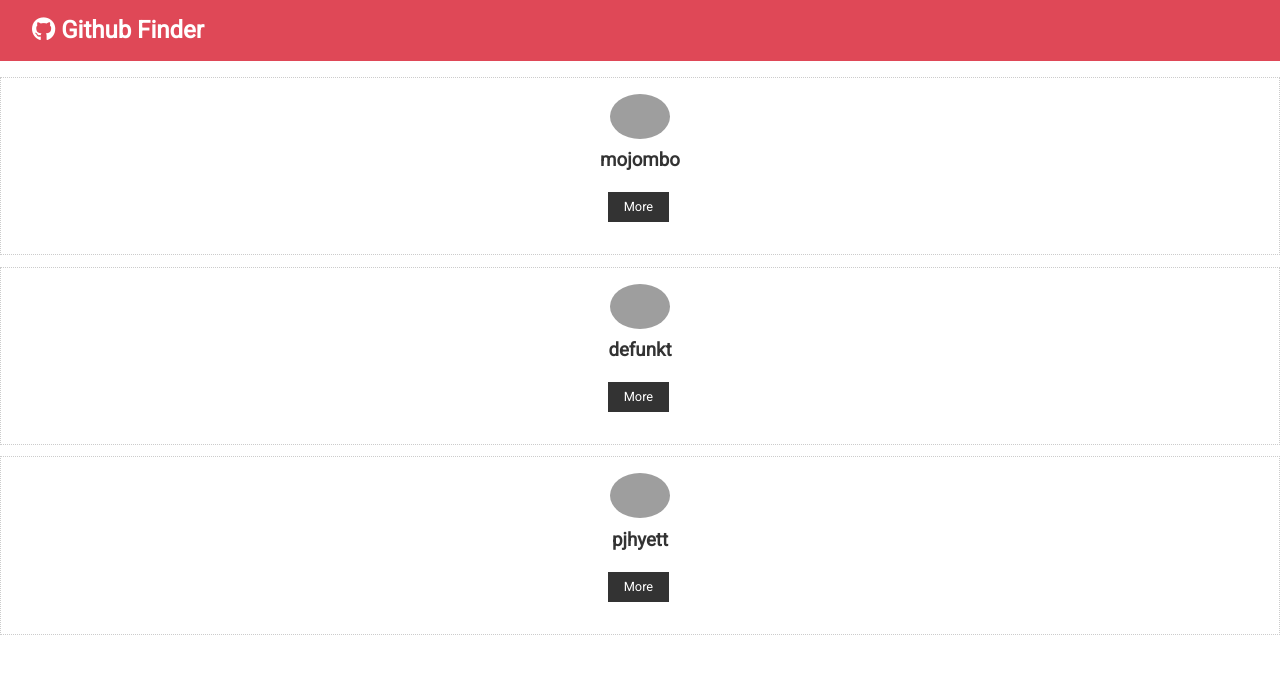
Repository: Redshreds/githubfinder
Page: /
The author's editor kept a copy of each file at every save. The page is drawn from the files as they stood at one save, then again after the next save.
The browser window is 1280 px wide. The pictures show the whole page.
Pictures or frames that could not be fetched are drawn as grey boxes. Some web libraries are served in a nearby version. The project was rebuilt for these pictures with package versions that can differ from the ones it lists, and the page was loaded fresh each time.

Above is the page before, as saved 2023-02-21 17:40:19.

### public/index.html
<!DOCTYPE html>
<html lang="en">
  <head>
    <meta charset="utf-8" />
    <link rel="icon" href="%PUBLIC_URL%/favicon.ico" />
    <meta name="viewport" content="width=device-width, initial-scale=1" />
    <meta name="theme-color" content="#000000" />
    <meta
      name="description"
      content="Web site created using create-react-app"
    />
    <link rel="apple-touch-icon" href="%PUBLIC_URL%/logo192.png" />
    <!--
      manifest.json provides metadata used when your web app is installed on a
      user's mobile device or desktop. See https://developers.google.com/web/fundamentals/web-app-manifest/
    -->
    <link rel="manifest" href="%PUBLIC_URL%/manifest.json" />
    <link rel="stylesheet" href="https://cdnjs.cloudflare.com/ajax/libs/font-awesome/6.3.0/css/all.min.css" integrity="sha512-SzlrxWUlpfuzQ+pcUCosxcglQRNAq/DZjVsC0lE40xsADsfeQoEypE+enwcOiGjk/bSuGGKHEyjSoQ1zVisanQ==" crossorigin="anonymous" referrerpolicy="no-referrer" />

    <!-- // CORS APOCALYPSE DEATHCON 3 \\ -->
    <!--
      Notice the use of %PUBLIC_URL% in the tags above.
      It will be replaced with the URL of the `public` folder during the build.
      Only files inside the `public` folder can be referenced from the HTML.

      Unlike "/favicon.ico" or "favicon.ico", "%PUBLIC_URL%/favicon.ico" will
      work correctly both with client-side routing and a non-root public URL.
      Learn how to configure a non-root public URL by running `npm run build`.
    -->
    <title>Github Finder</title>
  </head>
  <body>
    <noscript>You need to enable JavaScript to run this app.</noscript>
    <div id="root"></div>
    <!--
      This HTML file is a template.
      If you open it directly in the browser, you will see an empty page.

      You can add webfonts, meta tags, or analytics to this file.
      The build step will place the bundled scripts into the <body> tag.

      To begin the development, run `npm start` or `yarn start`.
      To create a production bundle, use `npm run build` or `yarn build`.
    -->
  </body>
</html>

### src/App.js
import React, { Component } from 'react';
import Navbar from './components/layout/Navbar';
import Users from './components/users/Users'
import './App.css';

class App extends Component { //React.Fragment will work also, removing the App div from rendering
  render() {
    return (
      <div className='App'>
        <Navbar title='Github Finder' />  {/*title is a prop*/}
        <Users />
      </div>
    );
  }
}
//  In JSX, content must exist in ONE parent Element!
export default App;

### src/components/layout/Navbar.js
import React, { Component } from 'react';
import PropTypes from 'prop-types';

export class Navbar extends Component { //Prop Types good for you! Take you prop type medicine
  static defaultProps = {
    title: 'Github Finder',
    icon: 'fab fa-github'
  };

  static propTypes = {
    title: PropTypes.string.isRequired,
    icon: PropTypes.string.isRequired
  };

  render() {
    return (
      <nav className="navbar bg-primary">
        <h1>
          <i className={this.props.icon} /> {this.props.title}
        </h1>
      </nav>
    )
  }
}

export default Navbar

### src/components/users/Users.js
import React, { Component } from 'react';
import UserItem from './UserItem';

class Users extends Component {
  state = {
    users: [
        {
            id: '1',
            login: 'mojombo',
            avatar_url: 'https://avatars0.githubusercontent.com/u/1?v=4',
            html_url: 'https://github.com/mojombo'
        },
        {
            id: '2',
            login: 'defunkt',
            avatar_url: 'https://avatars.githubusercontent.com/u/2?v=4',
            html_url: 'https://github.com/defunkt'
        },
        {
            id: '3',
            login: 'pjhyett',
            avatar_url: 'https://avatars.githubusercontent.com/u/3?v=4',
            html_url: 'https://github.com/pjhyett'
        }
    ]
  }

  render() {
    return (
      <div>
        {this.state.users.map(user => (
            <UserItem key={user.id} user={user}/>
        ))}
      </div>
    )
  }
}

export default Users

### src/components/users/UserItem.js
import React, { Component } from 'react'

class UserItem extends Component {
    // state = {
    //     id: 'id',
    //     login: 'mojombo',
    //     avatar_url: 'https://avatars0.githubusercontent.com/u/1?v=4',
    //     html_url: 'https://github.com/mojombo'
    // }

  render() {

    const {login, avatar_url, html_url} = this.props.user;


    return (
      <div className='card text-center'>
        <img src={avatar_url} alt="" className='round-img' style={{ width: '60px' }}
        />

        <h3>{login}</h3>

        <div>
            <a href={html_url} className="btn btn-dark btn-sm my-1">
                More
            </a>
        </div>
      </div>
    )
  }
}

export default UserItem

Loaded but not shown: src/index.js (common file); src/reportWebVitals.js (common file); src/App.css (common file)

After the next save:
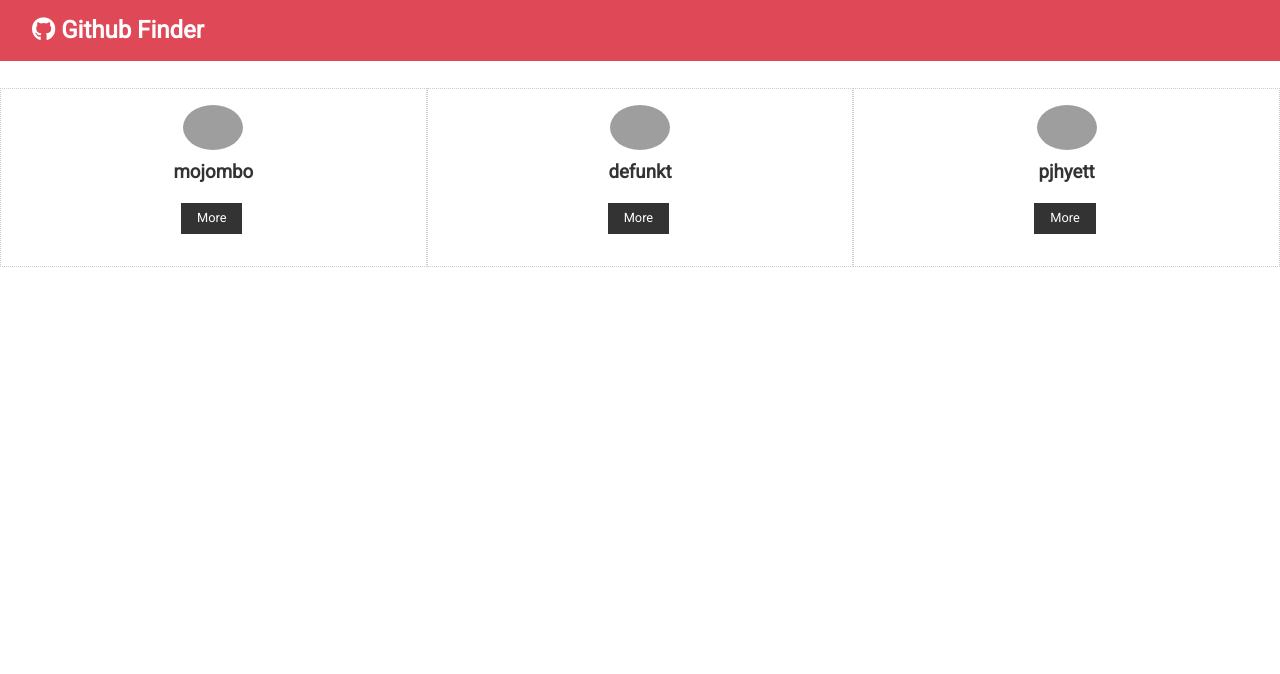
Saved 3 min 47 s later.
--- a/src/components/users/Users.js
+++ b/src/components/users/Users.js
@@ -25,9 +25,21 @@
     ]
   }
 
-  render() {
+//Results in showing user.item over and over because of it using State.
+//   render() {
+//     return (
+//       <div>
+//         {this.state.users.map(user => (
+//             <UserItem key={user.id} user={user}/>
+//         ))}
+//       </div>
+//     )
+//   }
+// }
+
+render() {
     return (
-      <div>
+      <div style={userStyle}>
         {this.state.users.map(user => (
             <UserItem key={user.id} user={user}/>
         ))}
@@ -36,4 +48,10 @@
   }
 }
 
+const userStyle = {
+    display: 'grid',
+    gridTemplateColumns: 'repeat(3, 1fr)',
+    grdGap: '1rem'
+}
+
 export default Users
